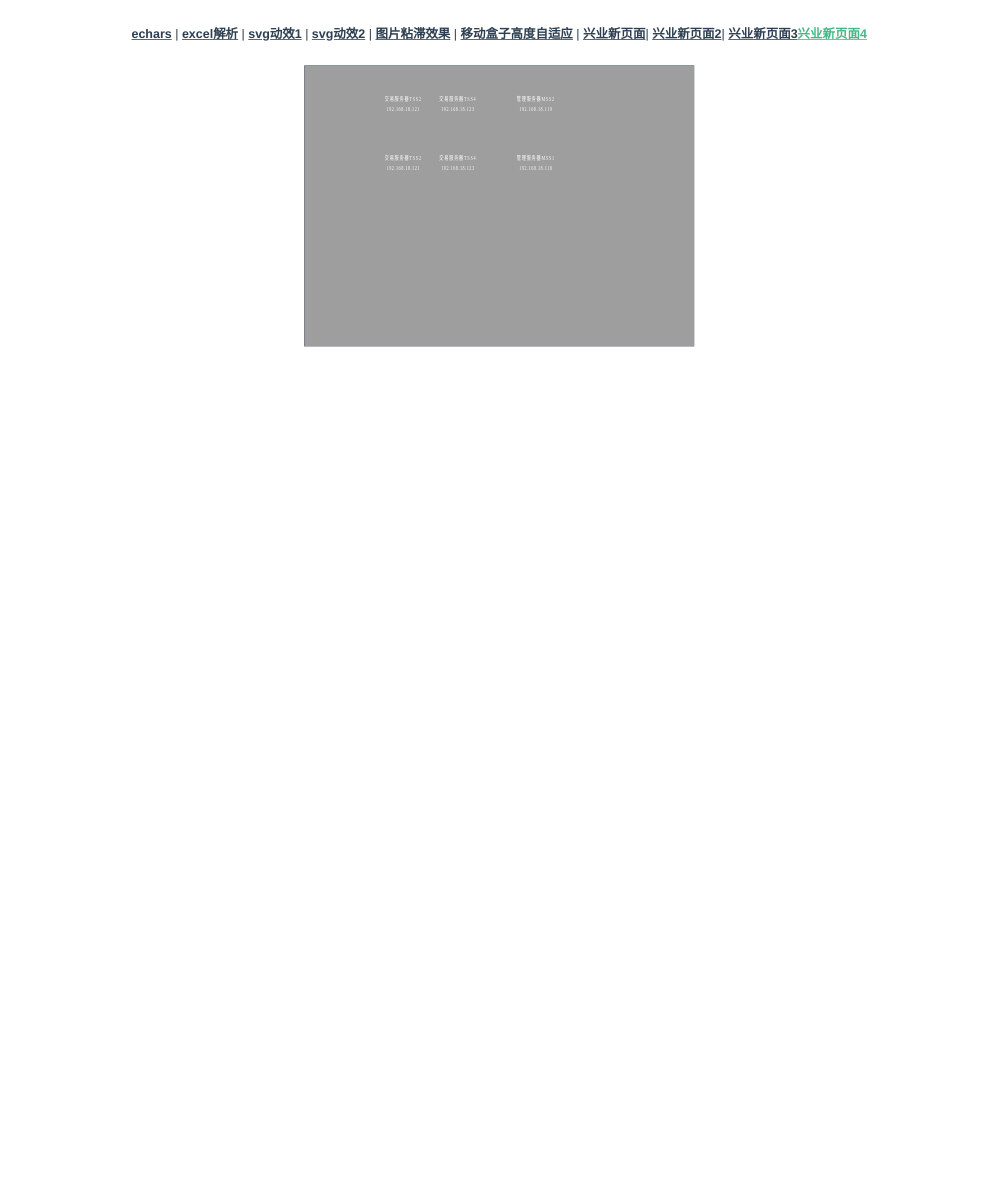
Repository: dmj199811/animation-dmj
Page: /#/work-page6
These files come from the project's save history. The page is drawn as it stood at one moment and after the next save; the edit follows.
The browser window is 1280 px wide. The pictures show the whole page, at 78% of full size.
Pictures or frames that could not be fetched are drawn as grey boxes. The project was rebuilt for these pictures with package versions that can differ from the ones it lists, and the page was loaded fresh each time.

Above is the page before, as saved 2020-07-02 15:42:24.

After the next save:
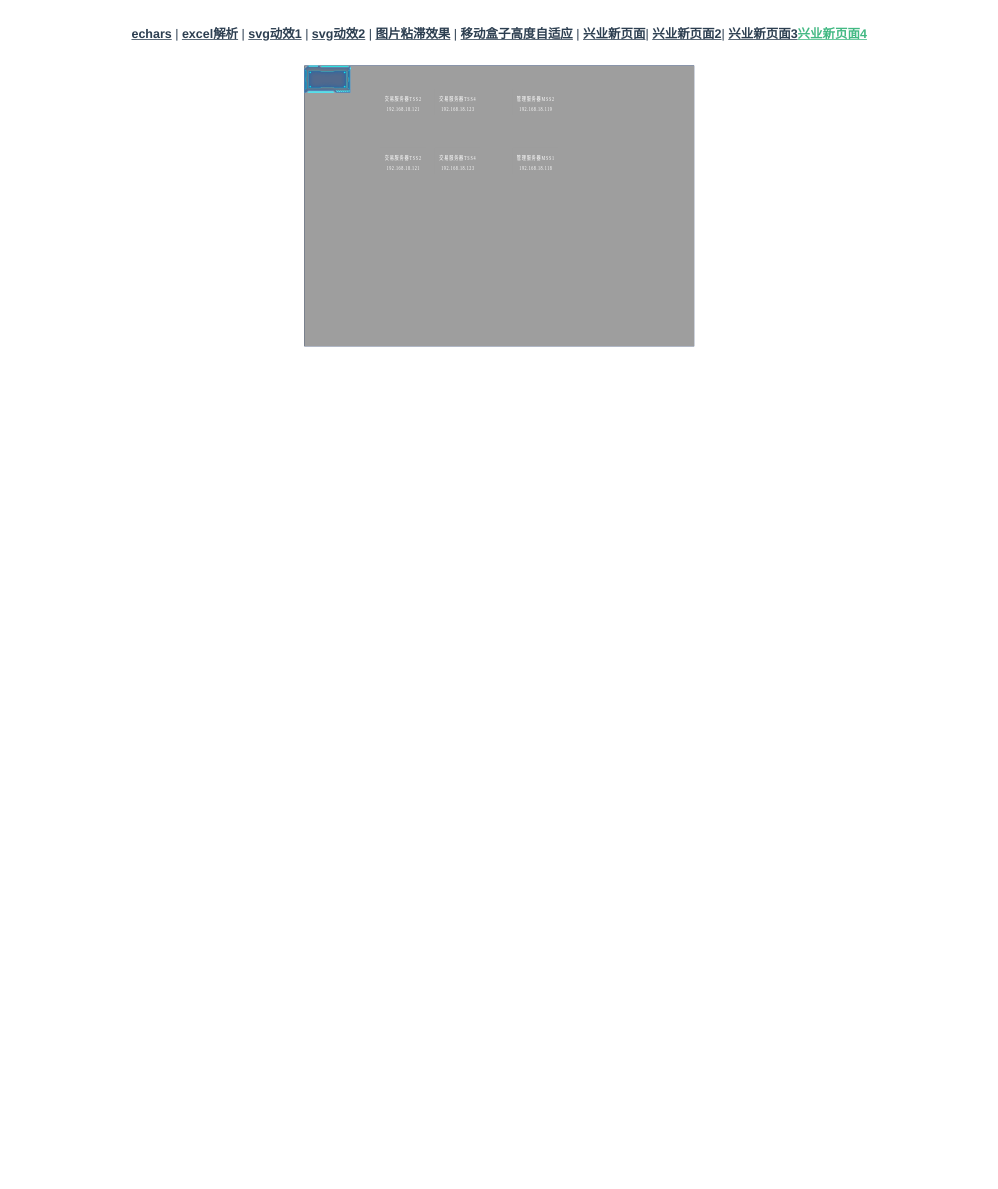
Saved 9 min 4 s later.
--- a/src/views/newPage4/index.vue
+++ b/src/views/newPage4/index.vue
@@ -2,7 +2,8 @@
   <div class="box">
     <div class="use-box">
       <div class="use-box-bg">
-        <div>
+        <!-- 交易服务器 -->
+        <div class="deal">
           <div class="deal-server pos1">
             <div class="deal-server-item">
               <div>交易服务器TSS2</div>
@@ -27,20 +28,29 @@
               <div>192.168.18.123</div>
             </div>
           </div>
-          <div class="deal-server pos5">
-            <div class="deal-server-item">
-              <div>管理服务器MSS2</div>
-              <div>192.168.18.119</div>
-            </div>
-          </div>
-          <div class="deal-server pos6">
-            <div class="deal-server-item">
-              <div>管理服务器MSS1</div>
-              <div>192.168.18.118</div>
-            </div>
-          </div>
+          <!-- 管理服务器 -->
+            <div>
+              <div class="deal-server pos5">
+                <div class="deal-server-item">
+                  <div>管理服务器MSS2</div>
+                  <div>192.168.18.119</div>
+                </div>
+              </div>
+              <div class="deal-server pos6">
+                <div class="deal-server-item">
+                  <div>管理服务器MSS1</div>
+                  <div>192.168.18.118</div>
+                </div>
+              </div>
+            </div>
         </div>
 
+        <!-- 批量服务器 -->
+        <div class="batch">
+          <div class="batch-item">
+
+          </div>
+        </div>
       </div>
     </div>
   </div>
@@ -180,4 +190,12 @@ export default {
   left: 800px;
 }
 
+.batch {
+  width:  180px;
+  height: 70px;
+  background-image: url(./img/rightBlue.png);
+  background-size: 100% 100%;
+  overflow: hidden;
+}
+
 </style>
